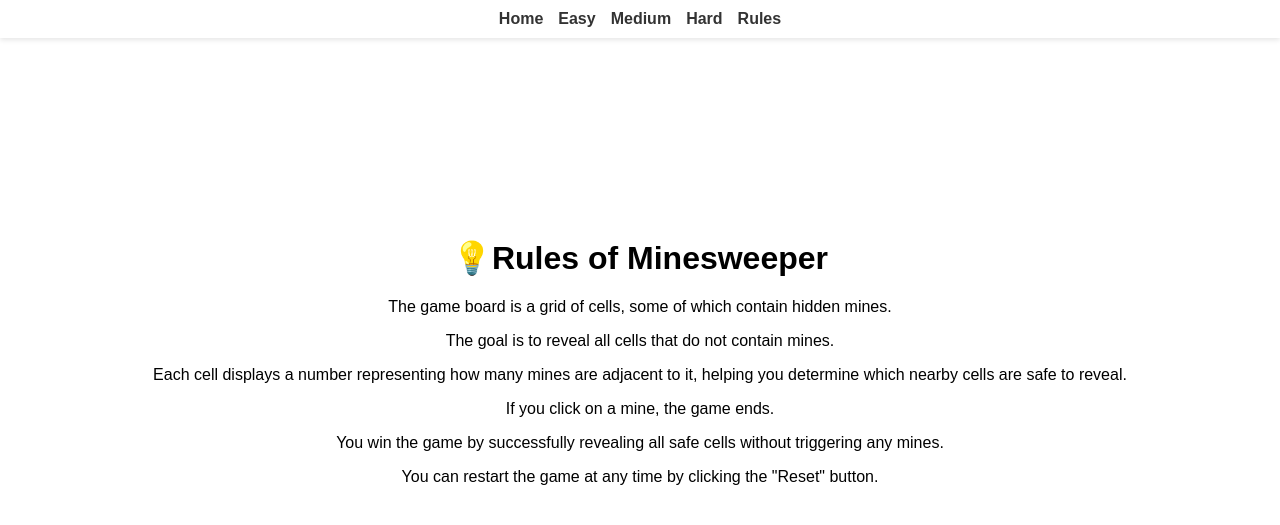
Repository: liwingy/-WingYee-_-Li-project2
Page: /rules
An editor plug-in stored every save of this project. The page is shown before and after the next save, followed by the edit.
The browser window is 1280 px wide. The pictures show the whole page.
The project was rebuilt for these pictures with package versions that can differ from the ones it lists, and the page was loaded fresh each time. Also part of the build but not shown: src/views/Homepage.css, src/views/Homepage.js, src/components/Cell.js, src/views/Game.js.

Above is the page before, as saved 2024-11-11 20:41:17.

After the next save:
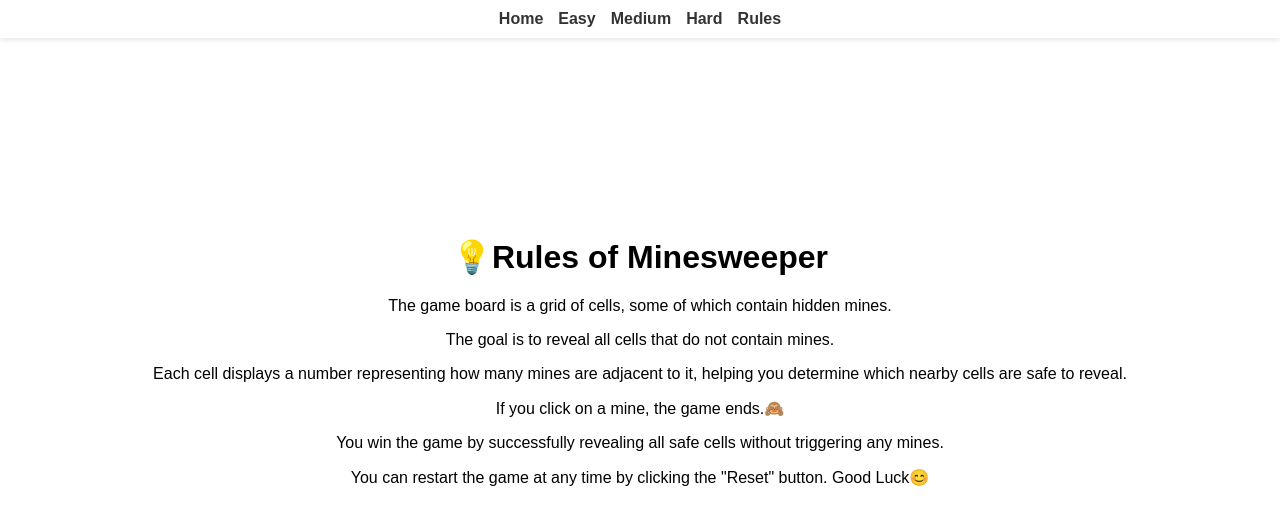
Saved 59 s later.
--- a/src/views/Rules.js
+++ b/src/views/Rules.js
@@ -7,9 +7,9 @@ function Rules() {
       <p>The game board is a grid of cells, some of which contain hidden mines.</p>
       <p>The goal is to reveal all cells that do not contain mines.</p>
       <p>Each cell displays a number representing how many mines are adjacent to it, helping you determine which nearby cells are safe to reveal.</p>
-      <p>If you click on a mine, the game ends.</p>
+      <p>If you click on a mine, the game ends.🙈</p>
       <p>You win the game by successfully revealing all safe cells without triggering any mines.</p>
-      <p>You can restart the game at any time by clicking the "Reset" button.</p>
+      <p>You can restart the game at any time by clicking the "Reset" button. Good Luck😊</p>
     </div>
   );
 }
